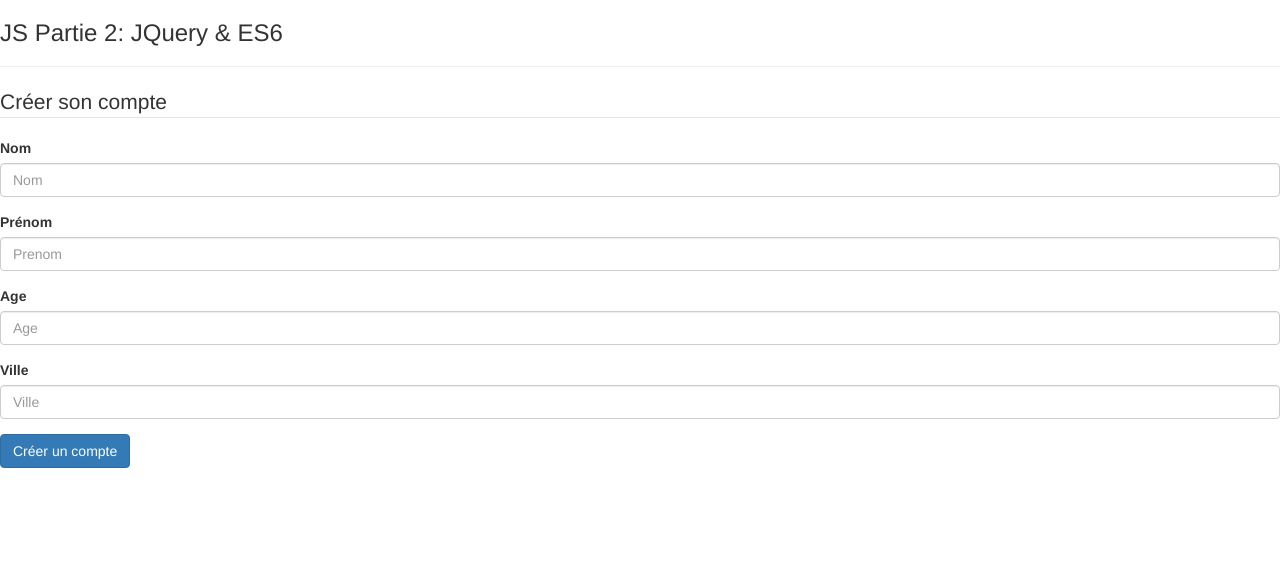
Repository: Symfomany/WildJQueryForm
Page: index.html
An editor plug-in stored every save of this project. The page is shown before and after the next save, followed by the edit.
The browser window is 1280 px wide. The pictures show the whole page.

Above is the page before, as saved 2017-03-06 06:54:21.

After the next save:
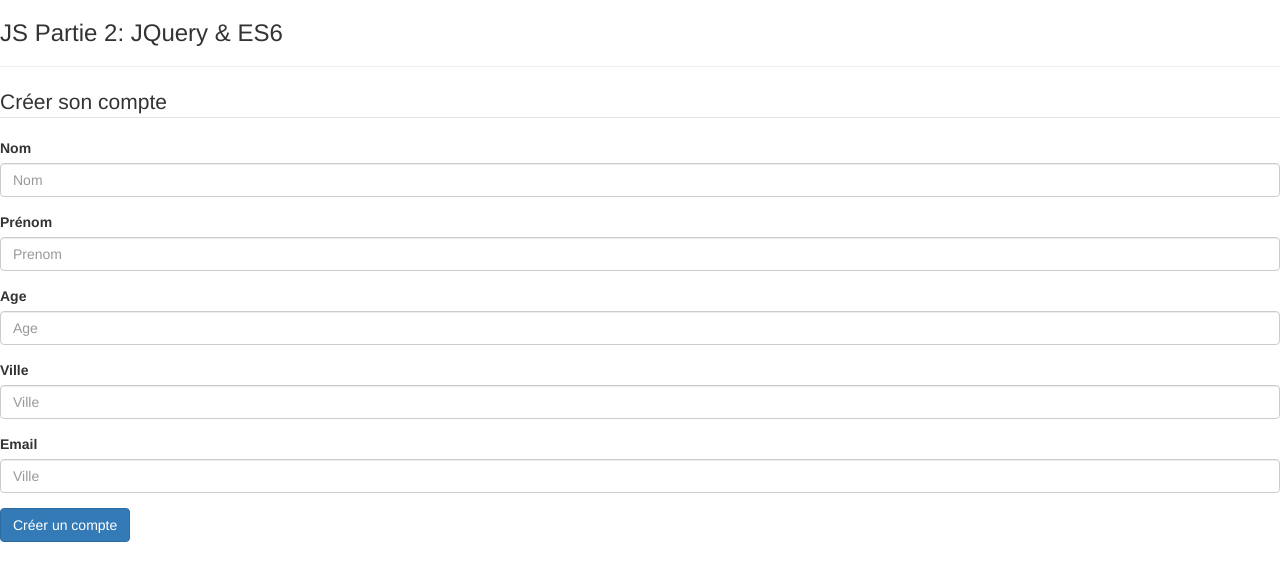
Saved 15 s later.
--- a/index.html
+++ b/index.html
@@ -38,6 +38,12 @@
             <label for="">Ville</label>
             <input type="text" class="form-control" id="ville" placeholder="Ville">
         </div>
+
+        <div class="form-group">
+            <label for="">Email</label>
+            <input type="text" class="form-control" id="ville" placeholder="Ville">
+        </div>
+
         <button type="submit" class="btn btn-primary">Créer un compte</button>
     </form>
 
